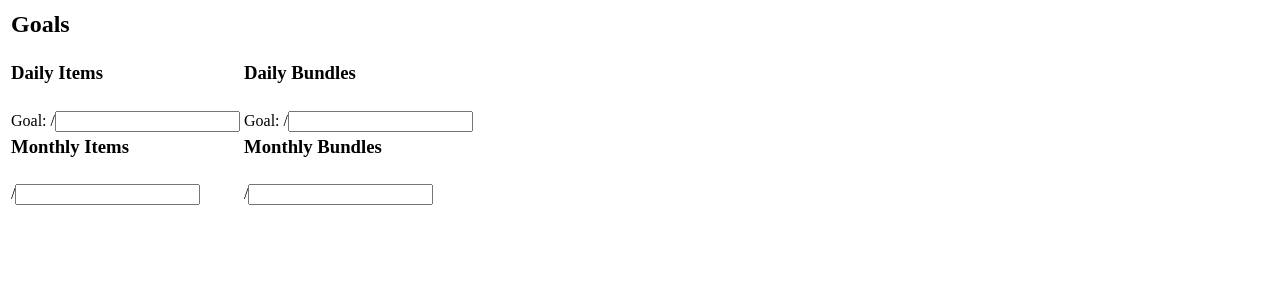
Repository: arjay07/AlineNotebook
Page: app/views/goalstable.html
The author's editor kept a record of every edit. The page is drawn from the files as they stood at one moment, then again after the next edit.
The browser window is 1280 px wide. The pictures show the whole page.

Above is the page before.

### app/views/goalstable.html
<table id="goalstable">
    <tr><td colspan="2"><h2>Goals</h2></h3></td></td></tr>
    <tr>
        <td><h3>Daily Items</h3></td>
        <td><h3>Daily Bundles</h3></td>
    </tr>
    <tr>
        <td><div id="digcirc"></div></td>
        <td><div id="dbgcirc"></div></td>
    </tr>
    <tr>
        <td>Goal: <span id="di"></span>/<input id="dig" type="number"/></td>
        <td>Goal: <span id="bb"></span>/<input id="dbg" type="number"/></td>
    </tr>
    <tr>
        <td><h3>Monthly Items</h3></td>
        <td><h3>Monthly Bundles</h3></td>
    </tr>
    <tr>
        <td><div id="migcirc"></div></td>
        <td><div id="mbgcirc"></div></td>
    </tr>
    <tr>
        <td><span id="mi"></span>/<input id="mig" type="number"/></td>
        <td><span id="mb"></span>/<input id="mbg" type="number"/></td>
    </tr>
</table>

After the next edit:
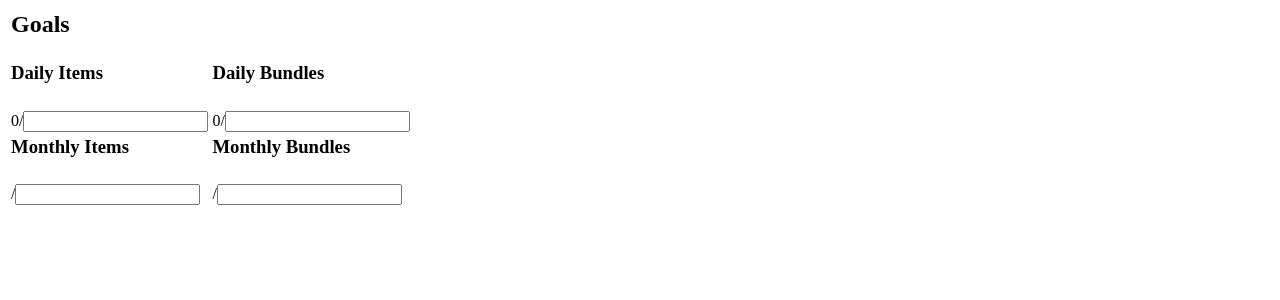
The edit:
--- a/app/views/goalstable.html
+++ b/app/views/goalstable.html
@@ -9,8 +9,8 @@
         <td><div id="dbgcirc"></div></td>
     </tr>
     <tr>
-        <td>Goal: <span id="di"></span>/<input id="dig" type="number"/></td>
-        <td>Goal: <span id="bb"></span>/<input id="dbg" type="number"/></td>
+        <td><span id="di">0</span>/<input id="dig" type="number"/></td>
+        <td><span id="bb">0</span>/<input id="dbg" type="number"/></td>
     </tr>
     <tr>
         <td><h3>Monthly Items</h3></td>
